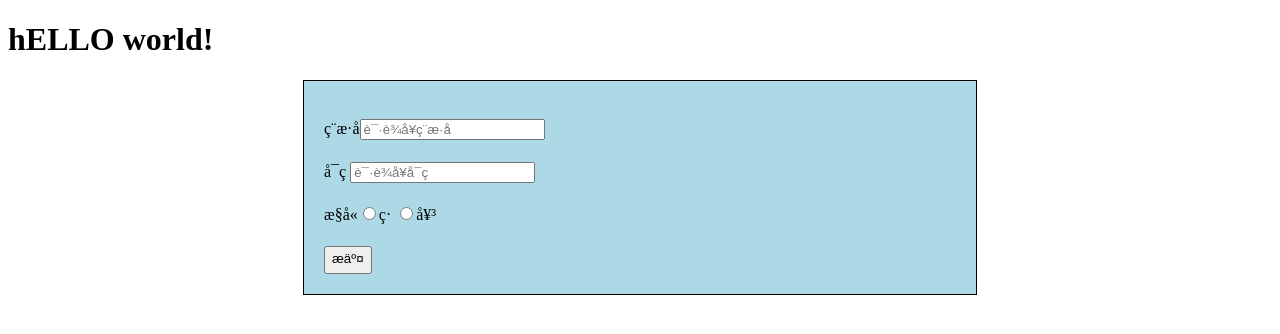
Repository: BlueBubbleWei/java
Page: http://localhost/MyWeb/
The author's editor kept a copy of each file at every save. The page is drawn from the files as they stood at one save, then again after the next save.
The browser window is 1280 px wide. The pictures show the whole page.
The page is served by Tomcat 9. Other server files are loaded and not shown.

Above is the page before, as saved 2017-04-14 01:10:53.

### workspace/MyWeb/WebContent/index.jsp

<%@ page language="java" contentType="text/html; charset=utf-8"
    pageEncoding="ISO-8859-1"%>
<!DOCTYPE html PUBLIC "-//W3C//DTD HTML 4.01 Transitional//EN" "http://www.w3.org/TR/html4/loose.dtd">
<html>
<head>
<meta http-equiv="Content-Type" content="text/html; charset=ISO-8859-1">
<title>Insert title here</title>
<style>
	.content{
		width:50%;
		height:50%;
		margin:0 auto;
		border:1px solid #000;
		background:lightblue;
		padding:20px;
	}
</style>
</head>
<body>
<h1>hELLO world!</h1>
	<div class="content">
		<form action="#" method="get" name="myform">
		<p><span>用户名</span><input type="text" placeholder="请输入用户名"  /></p>
		<p><span>密码</span><input type="password" placeholder="请输入密码"  /></p>
		<p><span>性别</span><input type="radio"name="sex" value="male"  />男
		<input type="radio"name="sex" value="female"  />女
		</p>
		<input type="submit" value="提交" />
		</form>
	</div>

</body>
</html>

After the next save:
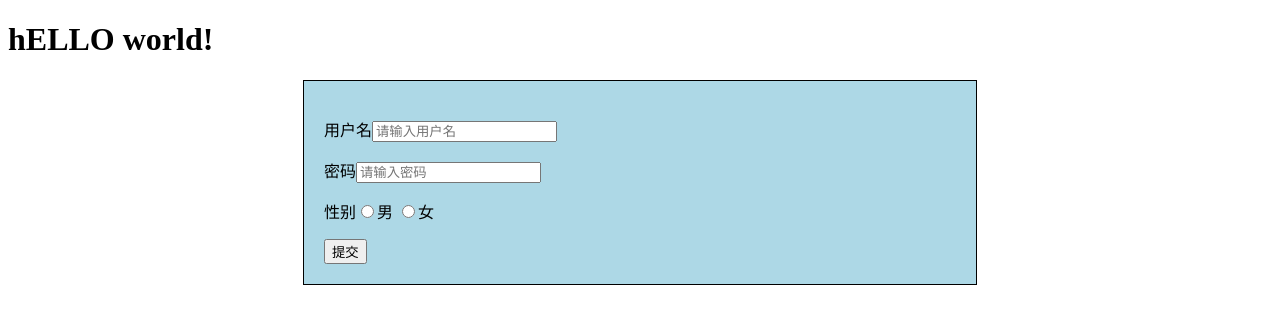
Saved 35 s later.
--- a/workspace/MyWeb/WebContent/index.jsp
+++ b/workspace/MyWeb/WebContent/index.jsp
@@ -1,6 +1,6 @@
 
 <%@ page language="java" contentType="text/html; charset=utf-8"
-    pageEncoding="ISO-8859-1"%>
+    pageEncoding="utf-8"%>
 <!DOCTYPE html PUBLIC "-//W3C//DTD HTML 4.01 Transitional//EN" "http://www.w3.org/TR/html4/loose.dtd">
 <html>
 <head>
